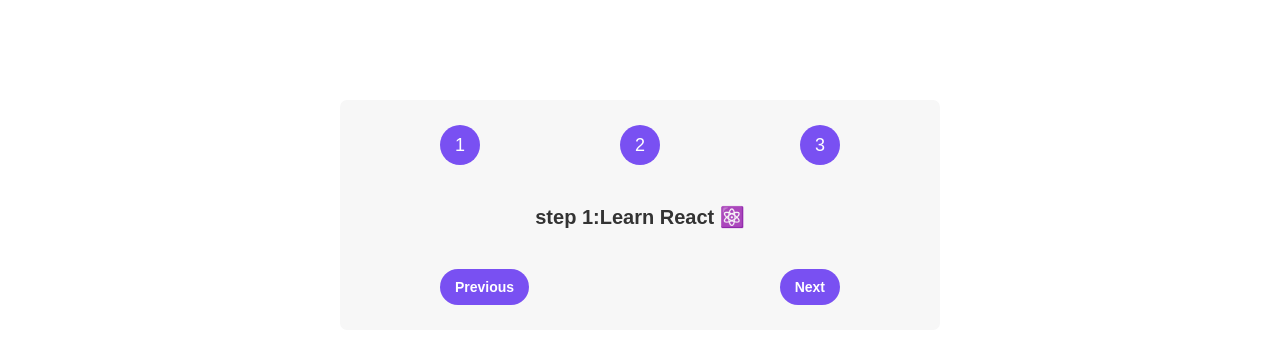
Repository: masamichan/steps
Page: /
The author's editor kept a copy of each file at every save. The page is drawn from the files as they stood at one save, then again after the next save.
The browser window is 1280 px wide. The pictures show the whole page.
The project was rebuilt for these pictures with package versions that can differ from the ones it lists, and the page was loaded fresh each time.

Above is the page before, as saved 2023-12-31 09:14:59.

### src/App.js
import { useState } from "react";

const messages = [
  "Learn React ⚛️",
  "Apply for jobs 💼",
  "Invest your new income 🤑",
];

export default function App() {
  const [step, setStep] = useState(1);

  function handlePrevious() {
    alert("Previous");
  }

  function handleNext() {
    setStep(step + 1);
  }

  return (
    <div className="steps">
      <div className="numbers">
        <div className={`${step >= 1 ? "active" : ""}`}>1</div>
        <div className={`${step >= 1 ? "active" : ""}`}>2</div>
        <div className={`${step >= 1 ? "active" : ""}`}>3</div>
      </div>
      <p className="message">
        step {step}:{messages[step - 1]}
      </p>
      <div className="buttons">
        <button
          style={{ backgroundColor: "#7950f2", color: "#fff" }}
          onClick={handlePrevious}
        >
          Previous
        </button>
        <button
          style={{ backgroundColor: "#7950f2", color: "#fff" }}
          onClick={handleNext}
        >
          Next
        </button>
      </div>
    </div>
  );
}

Loaded but not shown: public/index.html (common file); src/index.js (common file); src/index.css (common file)

After the next save:
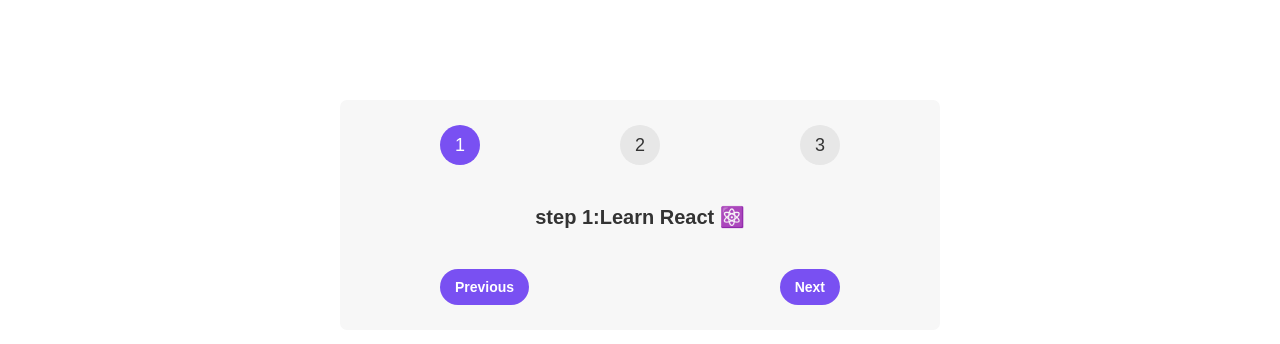
Saved 88 s later.
--- a/src/App.js
+++ b/src/App.js
@@ -21,8 +21,8 @@ export default function App() {
     <div className="steps">
       <div className="numbers">
         <div className={`${step >= 1 ? "active" : ""}`}>1</div>
-        <div className={`${step >= 1 ? "active" : ""}`}>2</div>
-        <div className={`${step >= 1 ? "active" : ""}`}>3</div>
+        <div className={`${step >= 2 ? "active" : ""}`}>2</div>
+        <div className={`${step >= 3 ? "active" : ""}`}>3</div>
       </div>
       <p className="message">
         step {step}:{messages[step - 1]}
